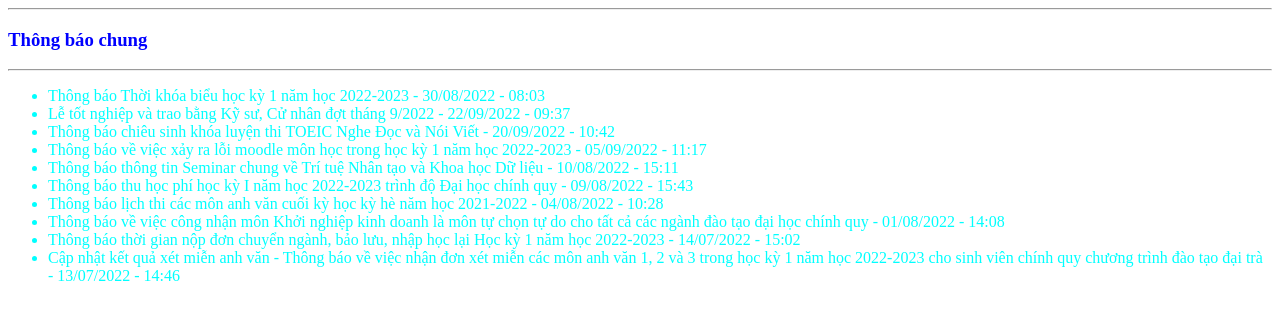
Repository: HoangDuy315/web-dev2022
Page: ex3.html
The author's editor kept a copy of each file at every save. The page is drawn from the files as they stood at one save, then again after the next save.
The browser window is 1280 px wide. The pictures show the whole page.

Above is the page before, as saved 2022-09-22 15:32:49.

After the next save:
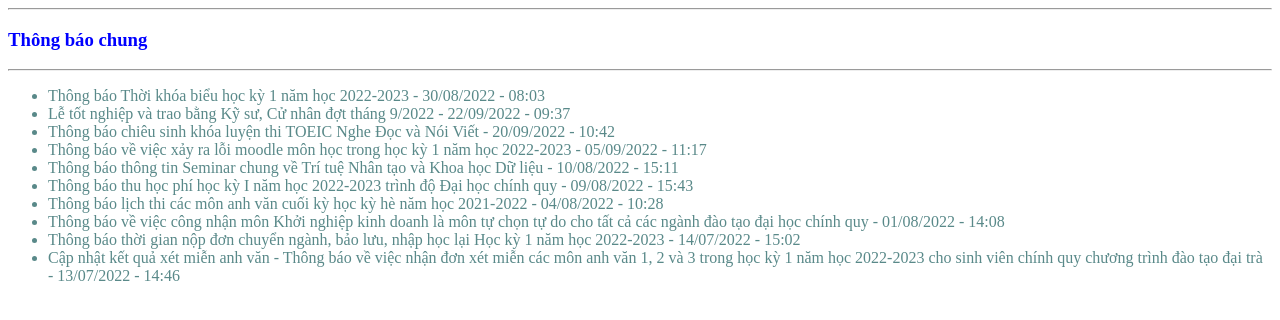
Saved 9 s later.
--- a/ex3.css
+++ b/ex3.css
@@ -3,5 +3,5 @@
 }
 
 .tinnhan {
-    color: aqua;
+    color: rgb(89, 137, 137);
 }
